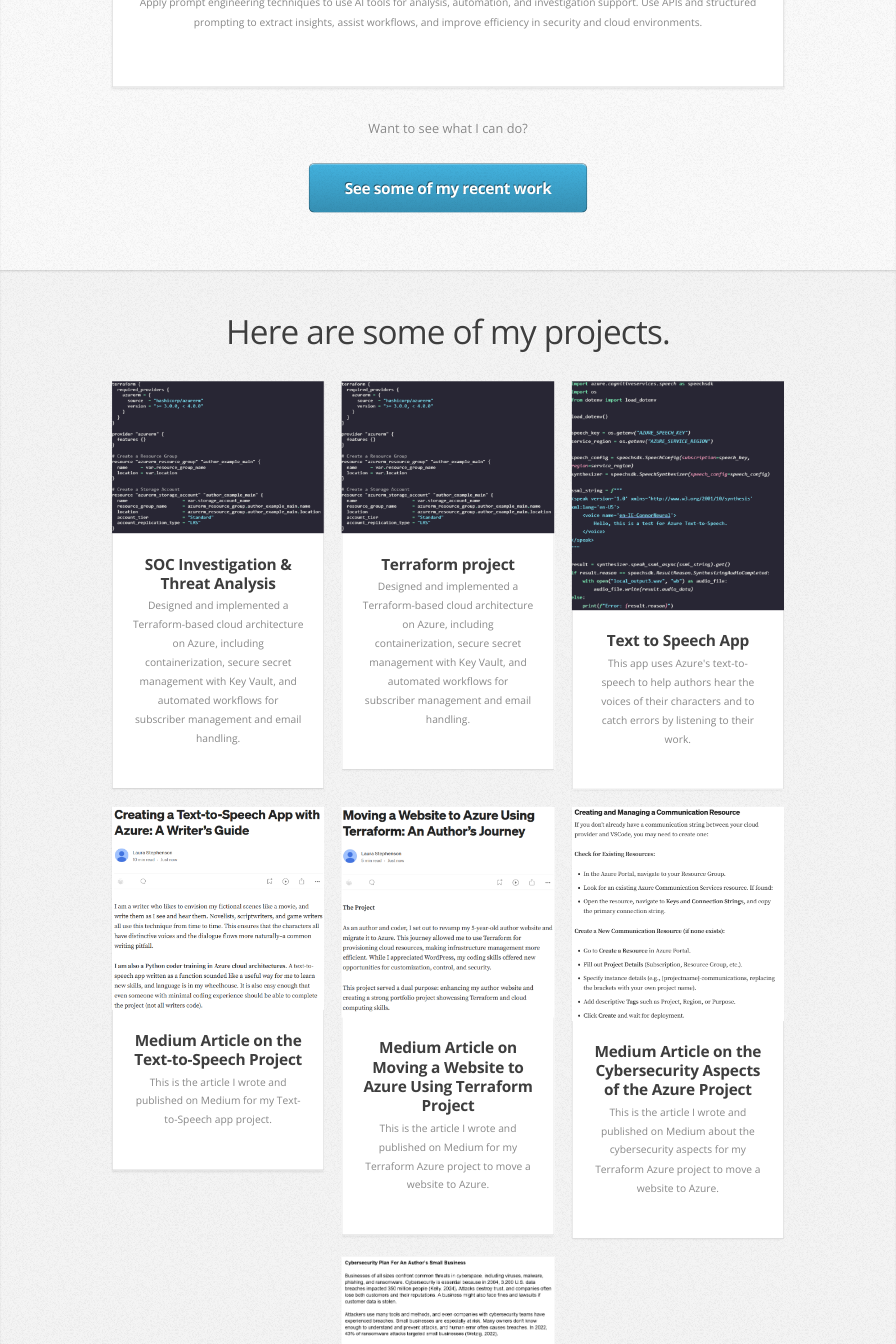
Repository: lauralstephenson/Portfolio_Personal
Page: index.html
These files come from the project's save history. The page is drawn as it stood at one moment and after the next save; the edit follows.
The browser window is 1280 px wide. The pictures show the part of the page from y = 1624 to 3544 px (the page is 4482 px tall), at 70% of full size.
A picture or video elsewhere on the page could not be fetched, so the positions and the page height are approximate.

Above is the page before, as saved 2026-04-23 15:59:06.

### index.html
<!DOCTYPE HTML>
<!--
	Miniport by HTML5 UP
	html5up.net | @ajlkn
	Free for personal and commercial use under the CCA 3.0 license (html5up.net/license)
-->

<html lang="en">
	<head>
		<title>Laura Stephenson Cloud Portfolio Webpage</title>
		<meta charset="utf-8">
		<meta name="viewport" content="width=device-width, initial-scale=1">
		<!-- Font Awesome -->
		<link rel="stylesheet" href="https://cdnjs.cloudflare.com/ajax/libs/font-awesome/5.15.4/css/all.min.css">
		<link rel="stylesheet" href="assets/css/main.css">
	</head>
	<body class="is-preload">

		<!-- Nav -->
			<nav id="nav">
				<ul class="container">
					<li><a href="#top">Top</a></li>
					<li><a href="#work">Work</a></li>
					<li><a href="#portfolio">Portfolio</a></li>
					<li><a href="#contact">Contact</a></li>
				</ul>
			</nav>

		<!-- Home -->
			<article id="top" class="wrapper style1">
				<div class="container">
					<div class="row">
						<div class="col-4 col-5-large col-12-medium">
							<span class="image fit"><img src="images\Circle Cybersecurity Logo.png" alt="" /></span>
						</div>
						<div class="col-8 col-7-large col-12-medium">
							<header>
								<h1>Hi. I'm <strong>Laura Stephenson.</strong></h1>
							</header>
							<p><strong>Cybersecurity analyst focused on cloud security, automation, and Python-based solutions.</strong></p>
							<a href="#work" class="button large scrolly">Learn about what I do</a>
						</div>
					</div>
				</div>
			</article>

		<!-- Work -->
			<article id="work" class="wrapper style2">
				<div class="container">
					<header>
						<h1>Here's what I do.</h1>
					</header>
					<div class="row aln-center equal-height">
						<div class="col-4 col-6-medium col-12-small">
							<section class="box style1">
								<div class="box-content">
									<svg xmlns="http://www.w3.org/2000/svg" height="56" width="56" viewBox="0 0 512 512">
										<!--!Font Awesome Free 6.7.2 by @fontawesome - https://fontawesome.com License - https://fontawesome.com/license/free Copyright 2025 Fonticons, Inc.-->
										<path fill="#77797e" d="M256 0c4.6 0 9.2 1 13.4 2.9L457.7 82.8c22 9.3 38.4 31 38.3 57.2c-.5 99.2-41.3 280.7-213.6 363.2c-16.7 8-36.1 8-52.8 0C57.3 420.7 16.5 239.2 16 140c-.1-26.2 16.3-47.9 38.3-57.2L242.7 2.9C246.8 1 251.4 0 256 0z"/>
									</svg>
									<h3>Cyber Security</h3>
									<p>Analyze alerts, investigate network activity, and document findings in clear, structured reports using SOC workflows. Apply SIEM tools, packet analysis, and the MITRE ATT&CK framework to detect and respond to threats.</p>
								</div>
							</section>
						</div>
							<section class="box style1">
								<div class="box-content">
									<svg xmlns="http://www.w3.org/2000/svg"
									width="56" height="56"
									fill="currentColor"
									class="bi bi-cloud-arrow-up-fill"
									viewBox="0 0 16 16">
										<path d="M8 2a5.53 5.53 0 0 0-3.594 1.342c-.766.66-1.321 1.52-1.464 2.383C1.266 6.095 0 7.555 0 9.318 0 11.366 1.708 13 3.781 13h8.906C14.502 13 16 11.57 16 9.773c0-1.636-1.242-2.969-2.834-3.194C12.923 3.999 10.69 2 8 2m2.354 5.146a.5.5 0 0 1-.708.708L8.5 6.707V10.5a.5.5 0 0 1-1 0V6.707L6.354 7.854a.5.5 0 1 1-.708-.708l2-2a.5.5 0 0 1 .708 0z"/>
									</svg>
									<h3>Cloud Computing</h3>
									<p>Design and maintain secure cloud environments in Azure and AWS, with and without Terraform.</p>
								</div>
							</section>
						</div>
						<div class="col-4 col-6-medium col-12-small">
							<section class="box style1">
								<div class="box-content">
									<svg xmlns="http://www.w3.org/2000/svg" height="56" width="56" viewBox="0 0 576 512">
										<!--!Font Awesome Free 6.7.2 by @fontawesome - https://fontawesome.com License - https://fontawesome.com/license/free Copyright 2025 Fonticons, Inc.-->
										<path fill="#6f7276" d="M248 106.6c18.9-9 32-28.3 32-50.6c0-30.9-25.1-56-56-56s-56 25.1-56 56c0 22.3 13.1 41.6 32 50.6l0 98.8c-2.8 1.3-5.5 2.9-8 4.7l-80.1-45.8c1.6-20.8-8.6-41.6-27.9-52.8C57.2 96 23 105.2 7.5 132S1.2 193 28 208.5c1.3 .8 2.6 1.5 4 2.1l0 90.8c-1.3 .6-2.7 1.3-4 2.1C1.2 319-8 353.2 7.5 380S57.2 416 84 400.5c19.3-11.1 29.4-32 27.8-52.8l50.5-28.9c-11.5-11.2-19.9-25.6-23.8-41.7L88 306.1c-2.6-1.8-5.2-3.3-8-4.7l0-90.8c2.8-1.3 5.5-2.9 8-4.7l80.1 45.8c-.1 1.4-.2 2.8-.2 4.3c0 22.3 13.1 41.6 32 50.6l0 98.8c-18.9 9-32 28.3-32 50.6c0 30.9 25.1 56 56 56c30.7 0 55.6-24.7 56-55.2c-7.5-12.9-13.5-26.8-17.6-41.5c-4.2-4-9.1-7.3-14.4-9.9l0-98.8c2.8-1.3 5.5-2.9 8-4.7l10.5 6c5.5-15.3 13.1-29.5 22.4-42.5l-9.1-5.2c.1-1.4 .2-2.8 .2-4.3c0-22.3-13.1-41.6-32-50.6l0-98.8zM440.5 132C425 105.2 390.8 96 364 111.5c-19.3 11.1-29.4 32-27.8 52.8l-50.6 28.9c11.5 11.2 19.9 25.6 23.8 41.7L360 205.9c.4 .3 .8 .6 1.3 .9c21.7-9.5 45.6-14.8 70.8-14.8c2 0 4 0 5.9 .1c12.1-17.3 13.8-40.6 2.6-60.1zM432 512a144 144 0 1 0 0-288 144 144 0 1 0 0 288zm47.9-225c4.3 3.7 5.4 9.9 2.6 14.9L452.4 356l35.6 0c5.2 0 9.8 3.3 11.4 8.2s-.1 10.3-4.2 13.4l-96 72c-4.5 3.4-10.8 3.2-15.1-.6s-5.4-9.9-2.6-14.9L411.6 380 376 380c-5.2 0-9.8-3.3-11.4-8.2s.1-10.3 4.2-13.4l96-72c4.5-3.4 10.8-3.2 15.1 .6z"/>
									</svg>
									<h3>Artificial Intelligence</h3>
									<p>Apply prompt engineering techniques to use AI tools for analysis, automation, and investigation support. Use APIs and structured prompting to extract insights, assist workflows, and improve efficiency in security and cloud environments.</p>
								</div>
							</section>
						</div>
					</div>
					<footer>
						<p>Want to see what I can do?</p>
						<a href="#portfolio" class="button large scrolly">See some of my recent work</a>
					</footer>
				</div>
			</article>

		<!-- Portfolio -->
			<article id="portfolio" class="wrapper style3">
				<div class="container">
					<header>
						<h1>Here are some of my projects.</h1>
					</header>
					<div class="row aln-center equal-height">
							<div class="col-4 col-6-medium col-12-small">
							<article class="box style2">
								<div class="box-content">
									<a href="https://github.com/lauralstephenson/pseudocode_terraform_examples_for_website" class="image featured"><img src="images\terraform_portfolio_pic.png" alt="" /></a>
									<h3><a href="https://github.com/lauralstephenson/pseudocode_terraform_examples_for_website"></a>SOC Investigation & Threat Analysis</h3>
									<p>Designed and implemented a Terraform-based cloud architecture on Azure, including containerization, secure secret management with Key Vault, and automated workflows for subscriber management and email handling.</p>
									</p>
								</div>
							</article>
						</div>
						<div class="col-4 col-6-medium col-12-small">
							<article class="box style2">
								<div class="box-content">
									<a href="https://github.com/lauralstephenson/pseudocode_terraform_examples_for_website" class="image featured"><img src="images\terraform_portfolio_pic.png" alt="" /></a>
									<h3><a href="https://github.com/lauralstephenson/pseudocode_terraform_examples_for_website">Terraform project</a></h3>
									<p>Designed and implemented a Terraform-based cloud architecture on Azure, including containerization, secure secret management with Key Vault, and automated workflows for subscriber management and email handling.</p>
									</p>
								</div>
							</article>
						</div>
						<div class="col-4 col-6-medium col-12-small">
							<article class="box style2">
								<div class="box-content">
									<a href="https://github.com/lauralstephenson/cloud_py_portfolio/tree/main/Text_to_Speech" class="image featured"><img src="images\screenshot_text_to_speech_app.png" alt="" /></a>
									<h3><a href="https://github.com/lauralstephenson/cloud_py_portfolio/tree/main/Text_to_Speech">Text to Speech App</a></h3>
									<p>This app uses Azure's text-to-speech to help authors
										hear the voices of their characters and to catch errors
										by listening to their work.
									</p>
								</div>
							</article>
						</div>
						<div class="col-4 col-6-medium col-12-small">
							<article class="box style2">
								<div class="box-content">
									<a href="https://medium.com/@lstephenson556/creating-a-text-to-speech-app-with-azure-a-writers-guide-46cbf42556f0" class="image featured"><img src="images\screenshot_medium_text_to_speech_article.png" alt="" /></a>
									<h3><a href="https://medium.com/@lstephenson556/creating-a-text-to-speech-app-with-azure-a-writers-guide-46cbf42556f0">Medium Article on the Text-to-Speech Project</a></h3>
									<p>This is the article I wrote and published on Medium for my Text-to-Speech app project.</p>
								</div>
							</article>
						</div>
						<div class="col-4 col-6-medium col-12-small">
							<article class="box style2">
								<div class="box-content">
									<a href="https://medium.com/@lstephenson556/moving-a-website-to-azure-using-terraform-an-authors-journey-1ab68dd8db76"
									class="image featured"><img src="images\screenshot_medium_terraform_azure_article.png" alt="" /></a>
									<h3><a href="https://medium.com/@lstephenson556/moving-a-website-to-azure-using-terraform-an-authors-journey-1ab68dd8db76">Medium Article on Moving a Website to Azure Using Terraform Project</a></h3>
									<p>This is the article I wrote and published on Medium for my Terraform Azure project to move a website to Azure.</p>
								</div>
							</article>
						</div>
						<div class="col-4 col-6-medium col-12-small">
							<article class="box style2">
								<div class="box-content">
									<a href="https://medium.com/@lstephenson556/cybersecurity-aspects-of-creating-an-author-website-with-terraform-12f4682b89b7"
									class="image featured"><img src="images/cybersecurity_plan_medium.png" alt="Segment of Medium article about a cybersecurity plan" /></a>
									<h3><a href="https://medium.com/@lstephenson556/cybersecurity-aspects-of-creating-an-author-website-with-terraform-12f4682b89b7">Medium Article on the Cybersecurity Aspects of the Azure Project</a></h3>
									<p>This is the article I wrote and published on Medium about the cybersecurity aspects for my Terraform Azure project to move a website to Azure.</p>
								</div>
							</article>
						</div>
						<div class="col-4 col-6-medium col-12-small">
							<article class="box style2">
								<div class="box-content">
									<a href="Cybersecurity Plan For A Small Author Business.pdf"
									class="image featured"><img src="images/cybersecurity_plan.png" alt="Snap of Cybersecurity Plan" /></a>
									<h3><a href="Cybersecurity Plan For A Small Author Business.pdf">Cybersecurity Plan for an Author's Small Business</a></h3>
									<p>This is a cybersecurity plan I developed and implemented for a small author website.</p>
								</div>
							</article>
						</div>
					</div>
					<footer>
						<p>Want to learn more?</p>
						<a href="mailto:laurastephensoncareer@gmail.com" class="button large scrolly">Get in touch with me</a>
					</footer>
				</div>
			</article>

		<!-- Contact
			<article id="contact" class="wrapper style4">
				<div class="container medium">
					<header>
						<h2>Let me build for you.</h2>
						<p>Contact me.</p>
					</header>
					<div class="row">
						<div class="col-12">
							<form method="post" action="https://<your-function-app-name>.azurewebsites.net/api/send-email">
								<div class="row">
									<div class="col-6 col-12-small">
										<input type="text" name="name" id="name" placeholder="Name" />
									</div>
									<div class="col-6 col-12-small">
										<input type="text" name="email" id="email" placeholder="Email" />
									</div>
									<div class="col-12">
										<input type="text" name="subject" id="subject" placeholder="Subject" />
									</div>
									<div class="col-12">
										<textarea name="message" id="message" placeholder="Message"></textarea>
									</div>
									<div class="col-12">
										<ul class="actions">
											<li><input type="submit" value="Send Message" /></li>
											<li><input type="reset" value="Clear Form" class="alt" /></li>
										</ul>
									</div>
								</div>
							</form>
						</div -->

						<div class="col-12 center-content footer-custom">
							<hr />
							<p class="find-me-on">Find me on...</p>
							<div class="footer-custom">
								<ul class="social">
									<li><a href="https://www.linkedin.com/in/laurastephenson82/">
										<i class="fab fa-linkedin"></i></a></li>
									<li><a href="https://github.com/lauralstephenson/">
										<i class="fab fa-github"></i></a></li>
									<li><a href="mailto:laurastephensoncareer@gmail.com">
										<i class="fas fa-envelope"></i></a></li>
								</ul>
							</div>
							<hr />
						</div>



						<footer>
							<div class="footer-custom">
								<ul id="copyright">
									<li>&copy; Laura Stephenson © 2024. All rights reserved.</li>
									<li>Design: <a href="http://html5up.net">HTML5 UP</a></li>
								</ul>
						</footer>

			<!--
								<li><a href="#" class="icon brands fa-twitter"><span class="label">Twitter</span></a></li>
								<li><a href="#" class="icon brands fa-tumblr"><span class="label">Tumblr</span></a></li>
								<li><a href="#" class="icon solid fa-rss"><span>RSS</span></a></li>
								<li><a href="#" class="icon brands fa-instagram"><span>Instagram</span></a></li>
								<li><a href="#" class="icon brands fa-foursquare"><span>Foursquare</span></a></li>
								<li><a href="#" class="icon brands fa-skype"><span>Skype</span></a></li>
								<li><a href="#" class="icon brands fa-soundcloud"><span>Soundcloud</span></a></li>
								<li><a href="#" class="icon brands fa-youtube"><span>YouTube</span></a></li>
								<li><a href="#" class="icon brands fa-blogger"><span>Blogger</span></a></li>
								<li><a href="#" class="icon brands fa-flickr"><span>Flickr</span></a></li>
								<li><a href="#" class="icon brands fa-vimeo"><span>Vimeo</span></a></li>
								-->

		<!-- Scripts -->
			<script src="assets/js/jquery.min.js"></script>
			<script src="assets/js/jquery.scrolly.min.js"></script>
			<script src="assets/js/browser.min.js"></script>
			<script src="assets/js/breakpoints.min.js"></script>
			<script src="assets/js/util.js"></script>
			<script src="assets/js/main.js"></script>

	</body>
</html>

Loaded but not shown: assets/js/jquery.min.js (library); assets/js/jquery.scrolly.min.js (common file); assets/js/browser.min.js (common file); assets/js/breakpoints.min.js (common file); assets/js/util.js (587 lines, source omitted); assets/js/main.js (34 lines, source omitted); assets/css/main.css (2549 lines, source omitted)

After the next save:
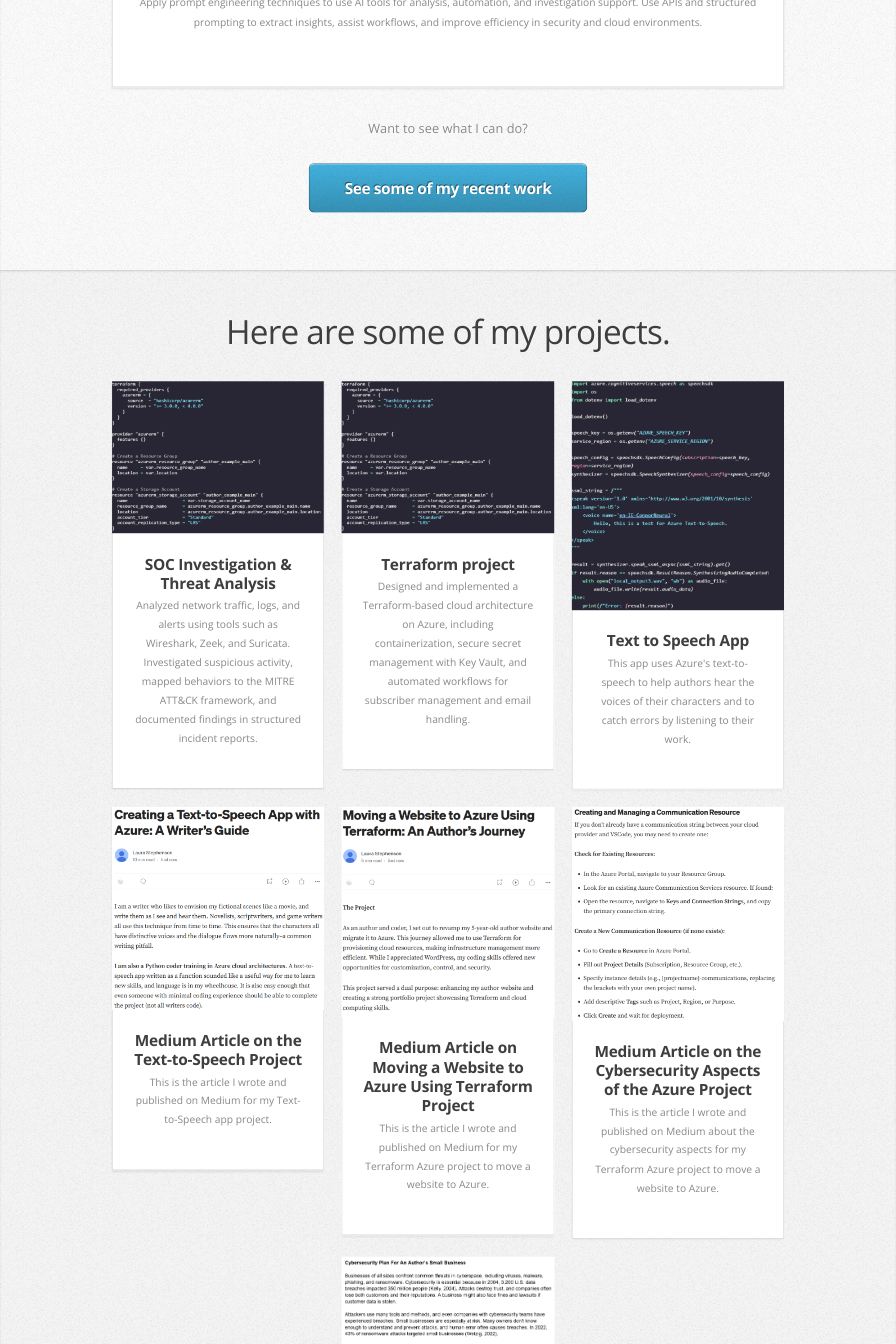
Saved 22 s later.
--- a/index.html
+++ b/index.html
@@ -109,8 +109,9 @@
 								<div class="box-content">
 									<a href="https://github.com/lauralstephenson/pseudocode_terraform_examples_for_website" class="image featured"><img src="images\terraform_portfolio_pic.png" alt="" /></a>
 									<h3><a href="https://github.com/lauralstephenson/pseudocode_terraform_examples_for_website"></a>SOC Investigation & Threat Analysis</h3>
-									<p>Designed and implemented a Terraform-based cloud architecture on Azure, including containerization, secure secret management with Key Vault, and automated workflows for subscriber management and email handling.</p>
-									</p>
+									<p>
+Analyzed network traffic, logs, and alerts using tools such as Wireshark, Zeek, and Suricata. Investigated suspicious activity, mapped behaviors to the MITRE ATT&CK framework, and documented findings in structured incident reports.
+</p>
 								</div>
 							</article>
 						</div>
